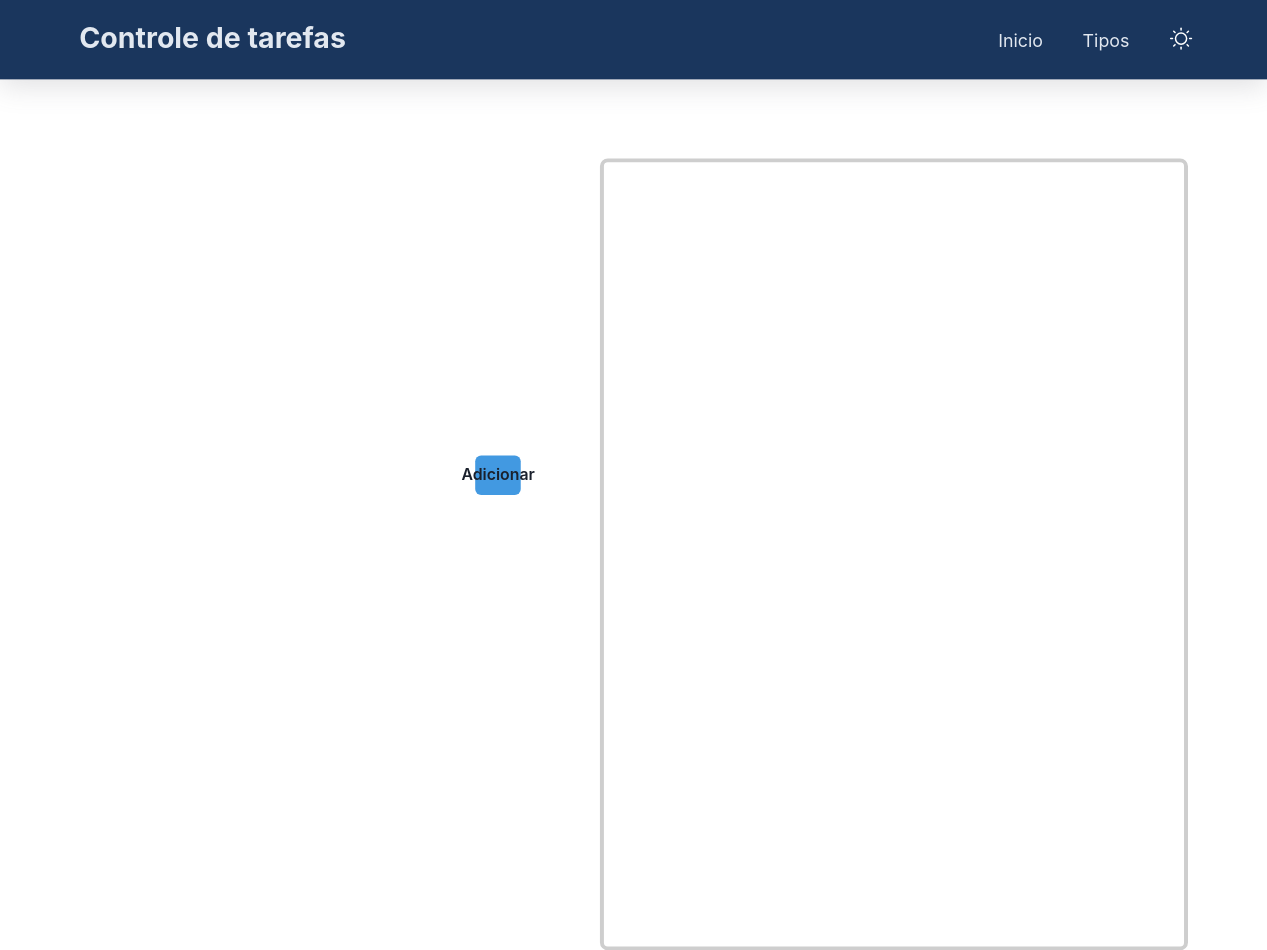
Repository: leosulzbach/Hackaton-Relampago
Page: /tipos (app in Front/)
An editor plug-in stored every save of this project. The page is shown before and after the next save, followed by the edit.
The browser window is 1280 px wide. The pictures show the whole page, at 99% of full size.
The page's requests for data from a server got no answer. The project was rebuilt for these pictures with package versions that can differ from the ones it lists, and the page was loaded fresh each time. No one was signed in, and anything a server would have sent is missing. Also part of the build but not shown: Front/vite.config.ts, Front/src/Components/Cards/CadInfo.styles.ts, Front/src/Components/Cards/CardInfo.tsx, Front/src/Components/Cards/Cards.styles.ts, Front/src/Components/Cards/Card.tsx, Front/src/Pages/home.tsx.

Above is the page before, as saved 2022-11-07 17:05:24.

### Front/src/App.tsx
import { ChakraProvider, theme } from "@chakra-ui/react"
import { BrowserRouter } from "react-router-dom"
import { Router } from "./Routes/Router"



function App() {
  return(
    <ChakraProvider theme={theme}>
    <BrowserRouter>
      <Router />
    </BrowserRouter>
  </ChakraProvider>
  )
}

export default App

### Front/src/Routes/Router.tsx
import { Routes, Route } from "react-router-dom";
import { Home } from "../Pages/home";
import { Tipos } from "../Pages/tipos";


export function Router() {
  return (
    <Routes>
      <Route path="/home" element={<Home />} />
      <Route path="/tipos" element={<Tipos />} />
     </Routes>
  );
}

### Front/src/Pages/tipos.tsx
import { Box, Button, Flex, Grid, Text } from '@chakra-ui/react'
import axios from 'axios';
import { CalendarPlus } from 'phosphor-react';
import { useEffect, useState } from 'react';
import { Card } from '../Components/Cards/Card';
import { Header } from '../Components/Header'


export interface Cadastro {
    id: number;
    descricao: string;
    situacao: string;
    data_vencimento: string;
    prioridade: string;
    email?: string

}

export const Tipos = () => {

    const [CadastroList, setCadastroList] = useState([]);



    useEffect(() => {
        axios.get("http://localhost:3000/tipos").then((response) => {
            setCadastroList(response.data);
        });
    }, []);

    console.log(CadastroList)
    return (
        <Flex>
            <Header />

            <Flex
                w={'100%'}
                align={"center"}

            >
            <Button
            w={"60px"}
            bg={"blue.400"}
            ml={"30rem"}>Adicionar</Button>
                <Box
                    mt={"10rem"}
                    ml={"5rem"}
                    borderRadius={8}
                    mr={"5rem"}
                    border={"4px solid #cecece"}
                    w={'90%'}
                    h={'800px'}>
                    {CadastroList.map((cadastro: any) => {
                        return (
                            <Card id={cadastro.id} descricao={cadastro.descricao} situacao={cadastro.situacao} data_vencimento={cadastro.data_vencimento} prioridade={cadastro.prioridade} />
                        )
                    }
                    )
                    }

                </Box>
            </Flex>


        </Flex>

    )

}

### Front/src/Components/Header.tsx
import { Box, Flex, Input, Link, Text } from "@chakra-ui/react";
import { Sun } from "phosphor-react";



export const Header = () => {
    return (
        <Flex

            as="header"
            w="100%"
            h="20"
            justify="space-between"

            borderBottomWidth={1}
            borderColor="blue.900"
            bg="blue.900"
            position={"fixed"}
            boxShadow="rgba(100, 100, 111, 0.2) 0px 7px 29px 0px"
        >
            <Flex
                p="1rem"
                justify="flex-start"
                ml="4rem"
            >
                <Text
                    fontSize="1.8rem"
                    fontWeight="bold"
                    color="gray.200"
                >
                    Controle de tarefas
                </Text>
            </Flex>
            <Flex
                p="1.7rem"
                mr="3rem"
                justify="flex-end"
                gap={10}
            >
                <Link
                    href="/home"
                    color="gray.200"
                    fontSize={18}
                    _hover={{
                        borderBottom: '4px solid  blue', transition: 'all 0.3s ease-out', transform: 'translate(-11px, 0px)'
                    }}

                >
                    Inicio
                </Link>
                <Link

                    href="/tipos"
                    color="gray.200"
                    fontSize={18}
                    _hover={{
                        borderBottom: '4px solid  blue', transition: 'all 0.3s ease-out', transform: 'translate(-11px, 0px)'
                    }}
                >
                    Tipos
                </Link>

                <Sun size={24} color={"white"} />
            </Flex>



        </Flex>
    );
}

Loaded but not shown: Front/index.html (common file); Front/src/main.tsx (common file)

After the next save:
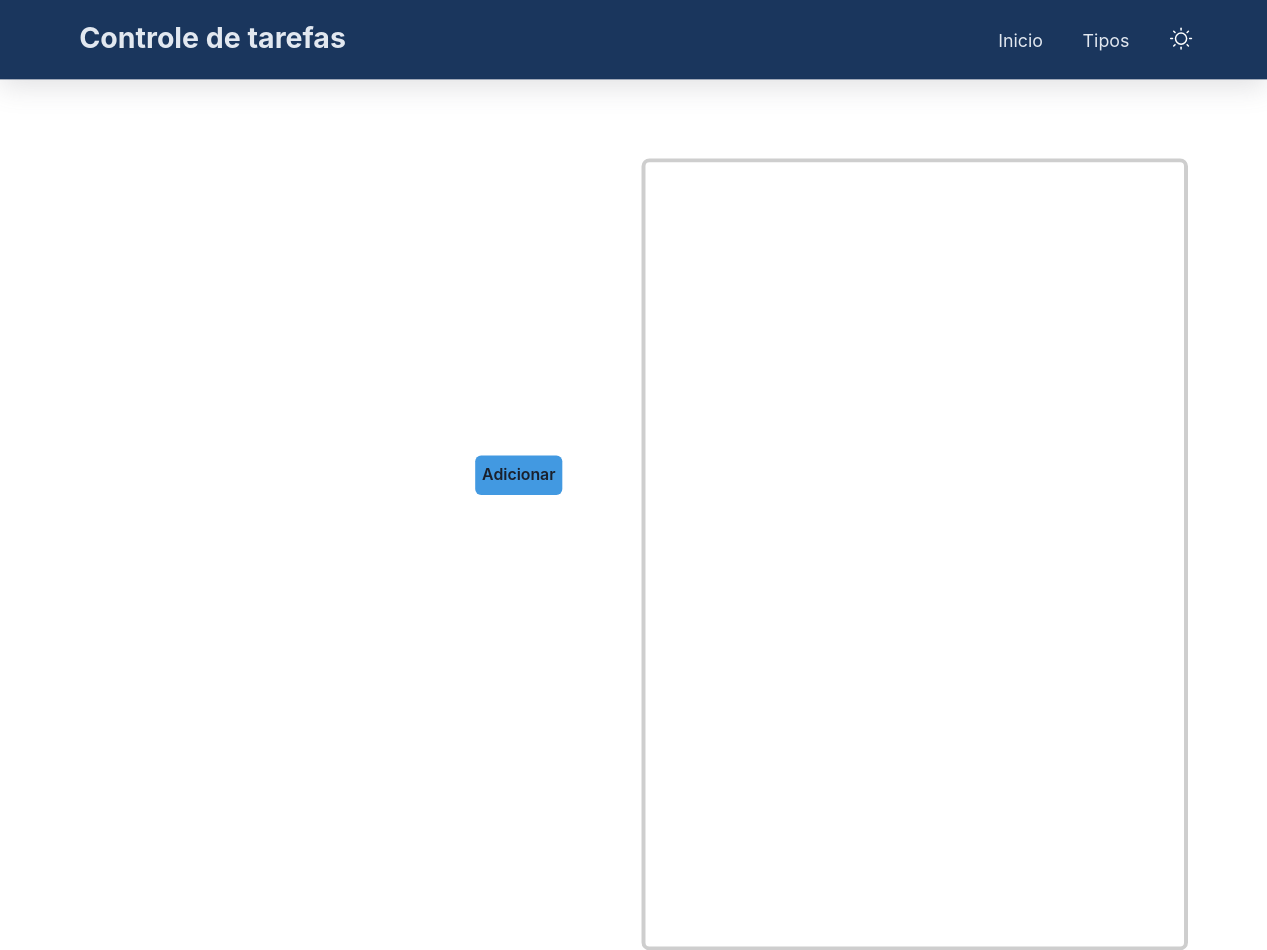
Saved 7 s later.
--- a/Front/src/Pages/tipos.tsx
+++ b/Front/src/Pages/tipos.tsx
@@ -39,7 +39,7 @@ export const Tipos = () => {
 
             >
             <Button
-            w={"60px"}
+            w={"150px"}
             bg={"blue.400"}
             ml={"30rem"}>Adicionar</Button>
                 <Box
